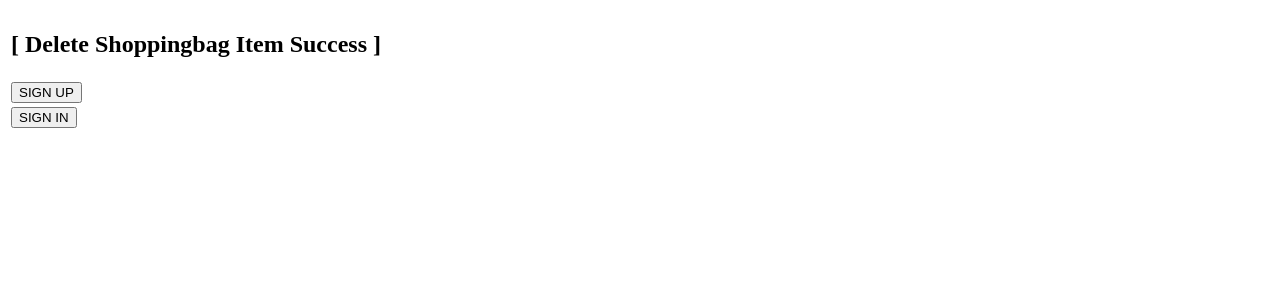
Repository: MIR013/KNU_DB_Project_Team5
Page: http://localhost/Databaase/delete_shoppingbag.jsp
An editor plug-in stored every save of this project. The page is shown before and after the next save, followed by the edit.
The browser window is 1280 px wide. The pictures show the whole page.
The page is served by Tomcat 9. Nobody is signed in. The application's start-up code is not run.

Above is the page before, as saved 2018-11-27 12:53:04.

### dbphase/Databaase/WebContent/delete_shoppingbag.jsp
<%@ page language="java" contentType="text/html; charset=UTF-8"
    pageEncoding="UTF-8"%>
<%@ page language="java" import="java.text.*,java.sql.*" %>
<!DOCTYPE html>
<html>
<head>
<meta charset="UTF-8">
<title>Insert title here</title>
</head>
<body>
<%
String serverIP = "localhost";
String dbName = "phase2";
String portNum = "3306";
String url = "jdbc:mysql://" + serverIP + ":" + portNum + "/" + dbName;
String user = "knu";
String pass = "comp322";
Connection conn = null;

Class.forName("com.mysql.jdbc.Driver");
conn = DriverManager.getConnection(url,user,pass);
PreparedStatement pstmt;
ResultSet rs;
ResultSetMetaData rsmd;
int cnt;
String query=null;
conn.setAutoCommit(false);
%>
<%
	String iid = request.getParameter("selectID");
	String cid = (String)session.getAttribute("signedUser");
	query = "delete from INCLUDE where Customer_id = '"+cid+"' and Item_id = '"+iid+"'";
	pstmt = conn.prepareStatement(query);
	cnt = pstmt.executeUpdate();

	if(cnt==0){
		System.out.println("insert success!");
	}

	conn.commit();


%>
	<div class="container">
		<table>
			<tr>
				<th><h2> [ Delete Shoppingbag Item Success ] </h2></th>
			</tr>
			<tr>
				<td><input type="button" value="SIGN UP" onclick="location.href='Sign_up.html'"/> </td>
			</tr>
			<tr>
				<td><input type="button" value="SIGN IN" onclick="location.href='Sign_in.html'"/> </td>
			</tr>
			<tr><td></td></tr>

		</table>
	</div>



</body>
</html>

After the next save:
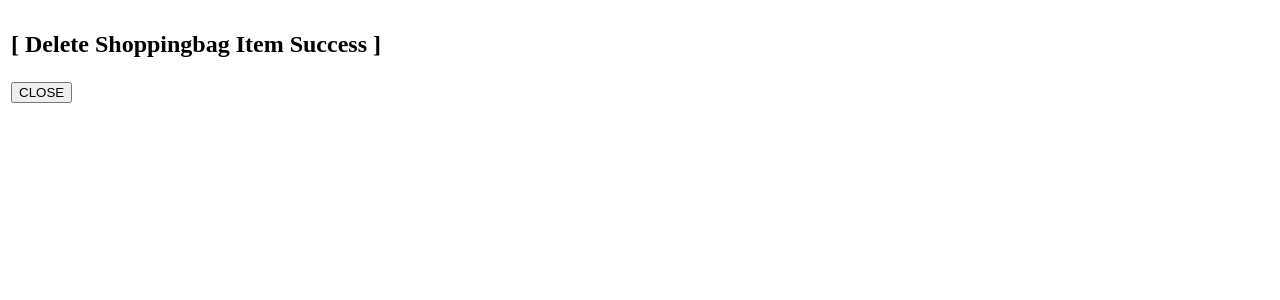
Saved 24 s later.
--- a/dbphase/Databaase/WebContent/delete_shoppingbag.jsp
+++ b/dbphase/Databaase/WebContent/delete_shoppingbag.jsp
@@ -47,11 +47,9 @@ conn.setAutoCommit(false);
 				<th><h2> [ Delete Shoppingbag Item Success ] </h2></th>
 			</tr>
 			<tr>
-				<td><input type="button" value="SIGN UP" onclick="location.href='Sign_up.html'"/> </td>
+				<td><input type="button" value="CLOSE" onclick="location.href='my_page_shoppingbag.jsp'"/> </td>
 			</tr>
-			<tr>
-				<td><input type="button" value="SIGN IN" onclick="location.href='Sign_in.html'"/> </td>
-			</tr>
+
 			<tr><td></td></tr>
 
 		</table>
